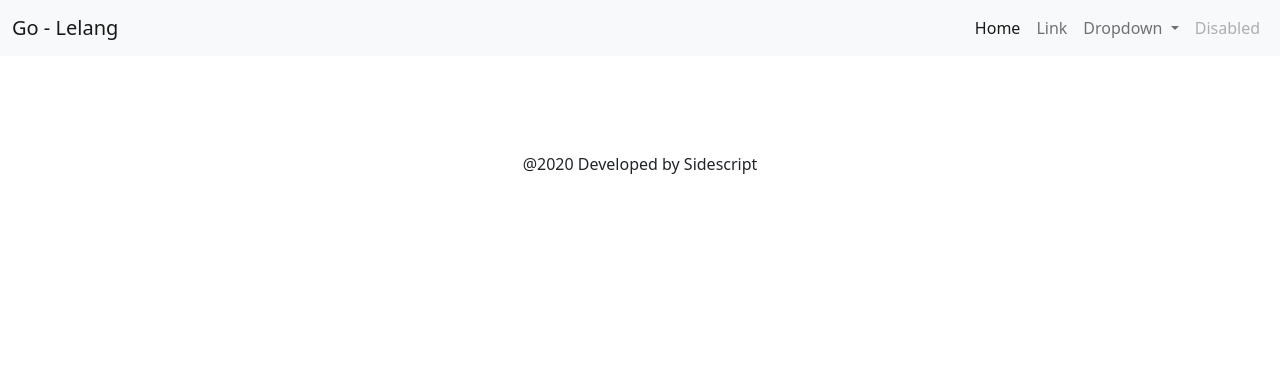
Repository: khulqu15/Go---Lelalng
Page: http://localhost/
The author's editor kept a copy of each file at every save. The page is drawn from the files as they stood at one save, then again after the next save.
The browser window is 1280 px wide. The pictures show the whole page.
The page is served by the project's Laravel application, run on PHP 8.4 with Laravel 8.

Above is the page before, as saved 2021-02-22 09:17:24.

After the next save:
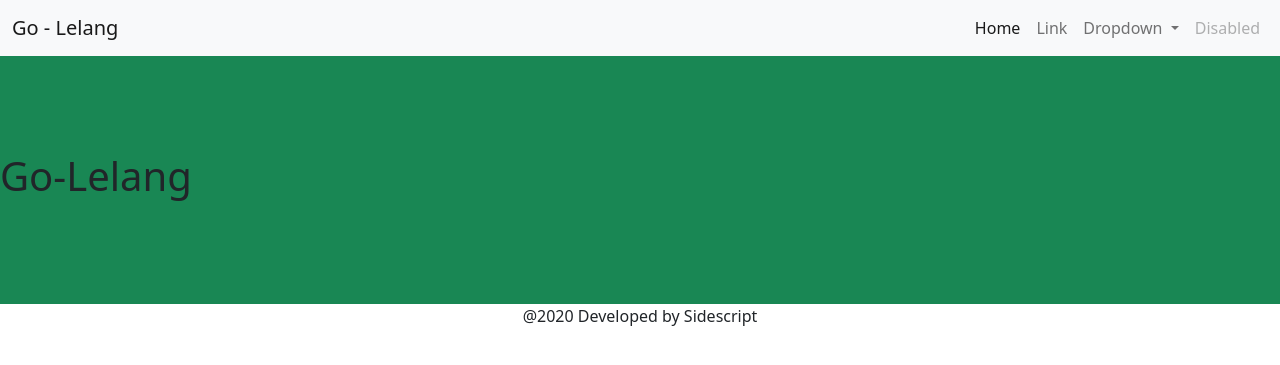
Saved 16 s later.
--- a/resources/views/welcome.blade.php
+++ b/resources/views/welcome.blade.php
@@ -3,10 +3,10 @@
 @section('title', 'Home')
 
 @section('content')
-	<div class="container-fluid">
-		<div class="row">
+	<div class="container-fluid bg-success">
+		<div class="row py-5">
 			<div class="col-md-12 px-0 py-5">
-
+                <h1>Go-Lelang</h1>
 			</div>
 		</div>
 	</div>
